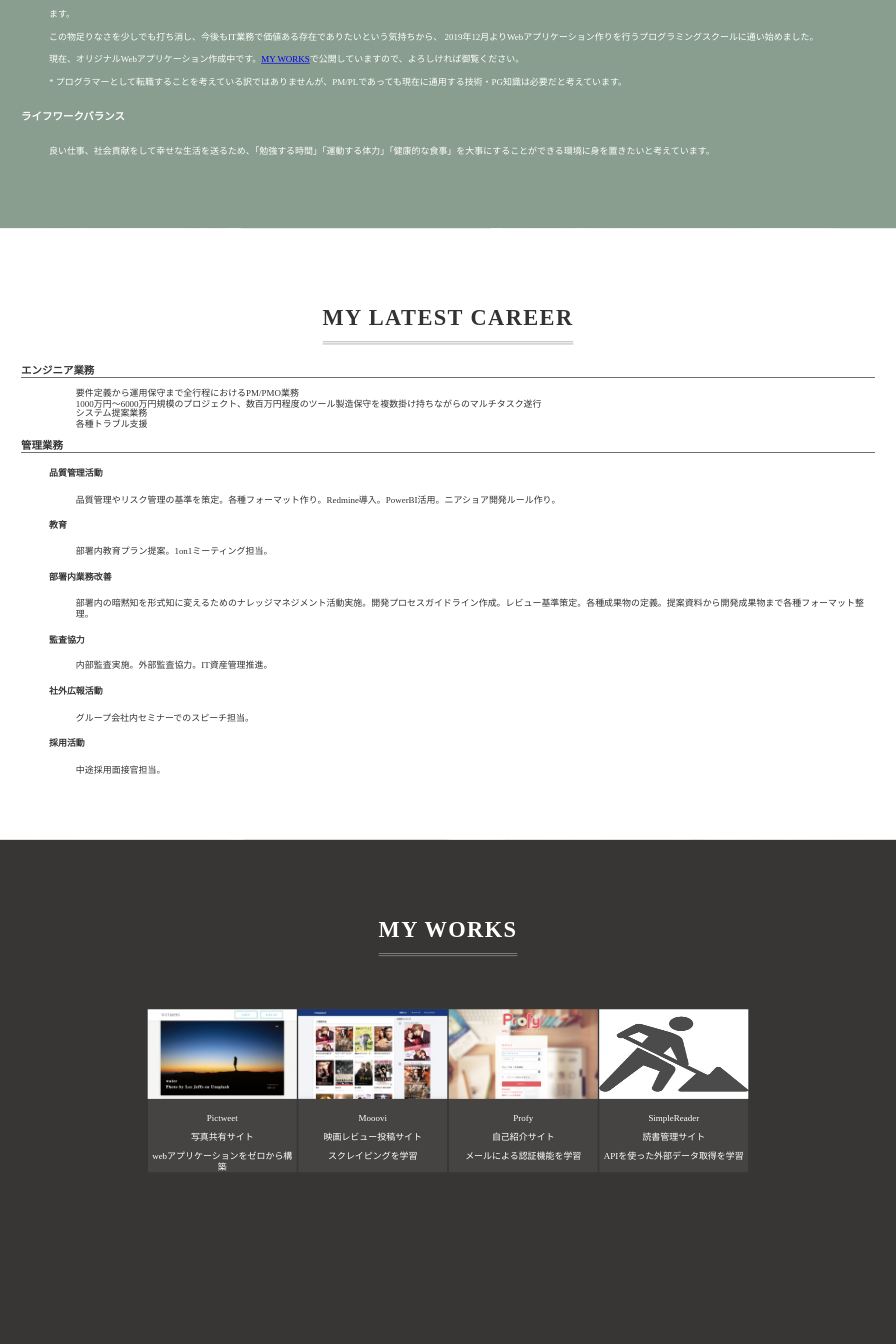
Repository: dackelteckel/myworks
Page: http://localhost/
The author's editor kept a record of every edit. The page is drawn from the files as they stood at one moment, then again after the next edit.
The browser window is 1280 px wide. The pictures show the part of the page from y = 987 to 2907 px (the page is 2907 px tall before and 2842 px after), at 70% of full size.
Backgrounds fixed to the window are drawn as part of the page. The page is run by PHP 8.4 with error messages shown; the project is at /var/www/html/. Other server files are loaded and not shown.

Above is the page before.

### index.html
<!DOCTYPE html>
<html>

<head>
  <meta charset="UTF-8">
  <title>Who I Am...</title>
  <link rel="stylesheet" href="normalize.css">
  <link rel="stylesheet" href="style.css">
  <link rel="stylesheet" href="responsive.css">

  <!--<script type="text/javascript" charset="UTF-8">-->
  <!--  $('#contact-form').submit(function(event){-->
      <!--//submit実行を止める-->
  <!--    event.preventDefault();-->
  <!--    var $form = $(this);-->
  <!--    var $button = $form.find('.send-btn');-->
  <!--    $.ajax({-->
  <!--      url:$form.attr('action'),-->
  <!--      type:$form.attr('method'),-->
  <!--      data: $form.serialize(),-->
        <!--//10秒でタイムアウト-->
  <!--      timeout:10000,-->
        <!--//重複送信を避けるためにボタンを無効化-->
  <!--      beforeSend: function(xhr, settings) {-->
  <!--          $button.attr('disabled', true);-->
  <!--      },-->
        <!--//完了後ボタンを押せるように-->
  <!--      complete: function(xhr, textStatus) {-->
  <!--          $button.attr('disabled', false);-->
  <!--      }-->
  <!--    }).done(function(data, textStatus, jqXHR){-->
        <!--// 成功時の処理-->
        <!--//フォームを初期化-->
  <!--      $form[0].reset();-->
  <!--      $(".contact-result").text(data);-->
  <!--      $(".contact-result").slideToggle(200);-->
  <!--      $(".contact-result").delay(3000).slideToggle(200);-->
  <!--    }).fail(function(jqXHR, textStatus, errorThrown){-->
        <!--失敗時の処理-->
  <!--      $(".contact-result").text("エラーが発生しました。ステータス：" + jqXHR.status);-->
  <!--      $(".contact-result").slideToggle(200);-->
  <!--      $(".contact-result").delay(3000).slideToggle(200);-->
  <!--    });-->
  <!--  });-->
  <!--</script>-->
</head>

<body>
  <header class="header">
    <p class="site-title-sub">----- my portfolio -----</p>
    <h1 class="site-title">Who I Am...</h1>
    <p class="site-description">check out some of my works.</p>
    <div class="buttons">
      <a class="button" href="#about">Learn MORE</a>
      <a class="button" href="#about">Learn MORE</a>
      <a class="button" href="#about">Learn MORE</a>
      <!--<a class="button button-orange" href="#contact">SEND MESSAGE</a>-->
      <a class="button button-orange" href="mailto:nrkktok@gmail.com">Drop Me a LINE</a>
    </div>
  </header>

  <section class="reasons" id="reasons">
    <h2 class="heading">3 REASONS WHY I'M LOOKING FOR A NEW JOB</h2>
    <dev class="reasons-text">
      <h3>職場環境</h3>
      <ul>
        <li>同僚同士お互いを尊重し、協力しあうことができる健やかな組織で働きたいと考えています。</li>
      </ul>
      <h3>エンジニアとしての価値</h3>
      <ul>
        <li>
          長年PM業務に携わってきており、チームメンバーが成果を出すためのサポートをするPM業務にはやりがいを感じています。
        </li>
        <li>
          現職では金融機関で使われる小中規模システム開発を行っていますが、業務知識不要・レガシー技術メインのツール開発が殆どであることから、
          エンジニアとしてのキャリアを上げられない怖さを感じています。
        </li>
        <li>
          この物足りなさを少しでも打ち消し、今後もIT業務で価値ある存在でありたいという気持ちから、
          2019年12月よりWebアプリケーション作りを行うプログラミングスクールに通い始めました。
        </li>
        <li>
          現在、オリジナルWebアプリケーション作成中です。<a href="#works">MY WORKS</a>で公開していますので、よろしければ御覧ください。
        </li>
        <li class="note">
          プログラマーとして転職することを考えている訳ではありませんが、PM/PLであっても現在に通用する技術・PG知識は必要だと考えています。
        </li>
      </ul>
      <h3>ライフワークバランス</h3>
      <ul>
        <li>良い仕事、社会貢献をして幸せな生活を送るため、「勉強する時間」「運動する体力」「健康的な食事」を大事にすることができる環境に身を置きたいと考えています。</li>
      </ul>
    </dev>
  </section>

  <section class="career">
    <h2 class="heading">MY LATEST CAREER</h2>
    <dev class="career-text">
      <h3>エンジニア業務</h3>
      <ul>
        <li>要件定義から運用保守まで全行程におけるPM/PMO業務</li>
        <li>1000万円〜6000万円規模のプロジェクト、数百万円程度のツール製造保守を複数掛け持ちながらのマルチタスク遂行</li>
        <Li>システム提案業務</Li>
        <Li>各種トラブル支援</Li>
      </ul>
      <h3>管理業務</h3>
      <ul>
        <h4>品質管理活動</h4>
        <li>品質管理やリスク管理の基準を策定。各種フォーマット作り。Redmine導入。PowerBI活用。ニアショア開発ルール作り。</li>
        <h4>教育</h4>
        <li>部署内教育プラン提案。1on1ミーティング担当。</li>
        <h4>部署内業務改善</h4>
        <li>部署内の暗黙知を形式知に変えるためのナレッジマネジメント活動実施。開発プロセスガイドライン作成。レビュー基準策定。各種成果物の定義。提案資料から開発成果物まで各種フォーマット整理。</li>
        <h4>監査協力</h4>
        <li>内部監査実施。外部監査協力。IT資産管理推進。</li>
        <h4>社外広報活動</h4>
        <li>グループ会社内セミナーでのスピーチ担当。</li>
        <h4>採用活動</h4>
        <li>中途採用面接官担当。</li>
      </ul>
    </dev>
  </section>

  <section class="works" id="works">
    <h2 class="heading">MY WORKS</h2>
    <div class="works-wrapper">
      <div class="work-box">
        <img class="work-image" src="images/pictweet.jpg">
        <div class="work-description">
          <p>Pictweet<p>
          <p>写真共有サイト</p>
          <p>webアプリケーションをゼロから構築</p>
        </div>
      </div>

      <div class="work-box">
        <img class="work-image" src="images/mooovi.jpg">
        <div class="work-description">
          <p>Mooovi<p>
          <p>映画レビュー投稿サイト</p>
          <p>スクレイピングを学習</p>
        </div>
      </div>

      <div class="work-box">
        <img class="work-image" src="images/profy.jpg">
        <div class="work-description">
          <p>Profy<p>
          <p>自己紹介サイト</p>
          <p>メールによる認証機能を学習</p>
        </div>
      </div>
      <div class="work-box">
        <img class="work-image" src="images/wip.jpg" height="128">
        <div class="work-description">
          <p>SimpleReader<p>
          <p>読書管理サイト</p>
          <p>APIを使った外部データ取得を学習</p>
        </div>
      </div>
    </div>
  </section>

  <!--<section class="contact" id="contact">-->
    <!--<h2 class="heading">DROP ME A LINE</h2>-->
    <!--<form class="contact-form" id="contact-form" action="contact.php" method="post">-->
    <!--  <input type="text" name="name" placeholder="NAME" required>-->
    <!--  <input type="email" name="email" placeholder="E-MAIL ADDRESS" required>-->
    <!--  <textarea name="message" placeholder="MESSAGE"></textarea>-->
    <!--  <textarea type="text" name="message" placeholder="MESSAGE" required></textarea>-->
    <!--  <input type="submit" value="SEND" class="send-btn" id="submit">-->
    <!--  <input type="submit" value="SEND" class="send-btn" id="submit">-->
    <!--</form>-->
  <!--</section>-->
</body>
</html>

### style.css
* {
  box-sizing: border-box;
  list-style: none;
}

body {
  color: #fff;
  text-align: center;
  font-size: 0.8rem;
  background: url('images/bg.jpg') fixed;
  background-size: cover;
}

.header {
  padding: 170px 30px 80px;
  /*height: 100vh;*/
  background-color: rgba(0, 0, 128, 0.8);
}

.site-title-sub {
  margin: 0 0 30px;
  color: #888;
  letter-spacing: 1px;
  font-size: 1.2rem;
}

.site-title {
  margin: 50px;
  font-size: 3.5rem;
}

.site-description {
  margin-bottom: 50px;
  color: #888;
  font-size: 1.2rem;
}

.buttons {
  display: flex;
  justify-content: center;
  margin: 0 auto;
}

.button {
  width: 200px;
  padding: 20px;
  margin: 10px;
  border-radius: 4px;
  background-color: #afa58d;
  color: #fff;
  text-decoration: none;
  letter-spacing: 1px;
  font-size: 0.7rem;
}

.button:hover {
  opacity: 0.9;
}

.button-orange {
  background-color: #f1b400;
}

.heading {
  display: inline-block;
  margin: 30px 0 15px;
  padding-bottom: 15px;
  letter-spacing: 2px;
  font-size: 2rem;
  border-bottom: double 4px #999;
}

.reasons {
  /*height: 100vh;*/
  /*background-color: #383634;*/
  background-color: rgb(137, 158, 142);
  padding: 80px 30px;
  /*color: #333;  */
}

.reasons-text {
  text-align: left;
  width: 600px;
  margin: 30px auto;
  line-height: 2.5;
}

.reason-text h3 {
  padding-top: 20px;
}

.note:before {
  content: "*";
}

.career {
  /*height: 100vh;*/
  background-color: #ffffff;
  padding: 80px 30px;
  color: #333;
}

.career-text {
  text-align: left;
  width: 600px;
  margin: 30px auto;
}

.career-text h3 {
  border-bottom: 1px solid #333;
}

.career-text h4 {
  line-height: 2;
}

.career-text li {
  padding-left: 3em;
  /*line-height: 5;*/
  vertical-align: text-top;
}

.works {
  height: 100vh;
  background-color: #383634;
  padding: 80px 0 10px;
}

.works-wrapper {
  display: table;
  width: 860px;
  margin: 60px auto 0;
  table-layout: fixed;
}

.work-box {
  display: table-cell;
  background-color: rgba(100, 100, 100, 0.3);
  border: 1px solid #333;
}

.work-image {
  display: block;
  width: 100%;
}

.work-description {
  margin: 20px 0;
  height: 65px;
}

.work-description .button {
  width: 60%;
  margin-top: 20px;
  padding: 3px;
  display: inline-block;
}

.button-ghost {
  border: 2px solid #fff;
  background-color: rgba(255, 255, 255, 0.15);
}

.contact {
  height: 100vh;
  background-color: rgba(0, 0, 128, 0.8);
  padding: 80px 0 150px;
}


.contact-form {
  width: 50%;
  margin: 50px auto 0;
}

.contact-form input[type=text], .contact-form input[type=email], .contact-form textarea {
  display: block;
  width: 100%;
  margin-bottom: 10px;
  padding: 15px;
  outline: none;
  border: 1px solid rgba(255, 255, 255, 0.8);
  border-radius: 0;
  color: #333;
}

.contact-form textarea {
  height: 150px;
}

.contact-form input[type=submit] {
  display: block;
  width: 200px;
  margin: 40px auto 0;
  padding: 15px;
  border: 1px solid rgba(255, 255, 255, 0.8);
  border-radius: 5px;
  background-color: transparent;
  color: #fff;
  cursor: pointer;
}

.contact-form input[type=submit]:hover {
  background-color: rgba(255, 255, 255, 0.05);
}

Loaded but not shown: normalize.css (library); responsive.css (no copy from this time; the picture is the same without it)

After the next edit:
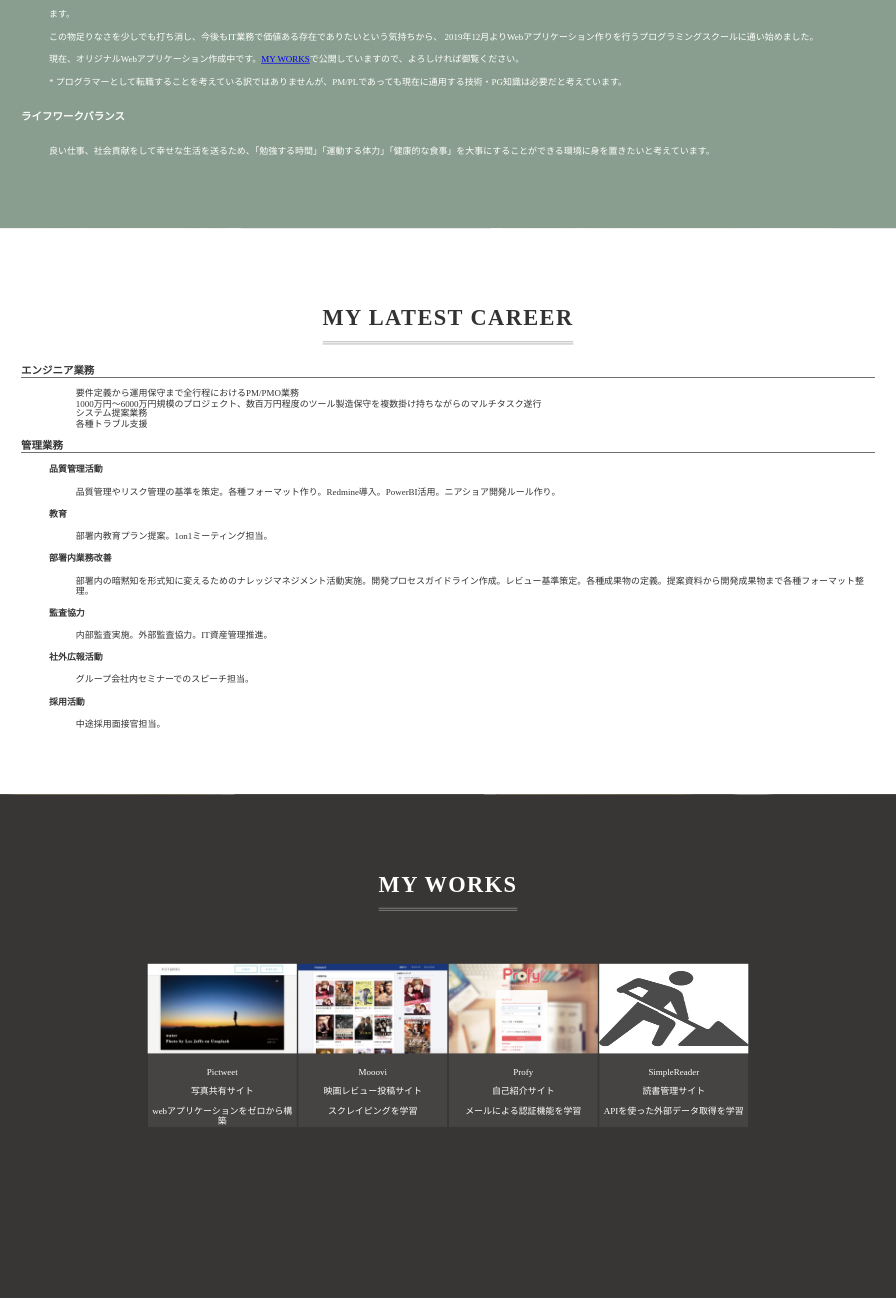
The edit:
--- a/style.css
+++ b/style.css
@@ -111,7 +111,6 @@
 }
 
 .career-text h4 {
-  line-height: 2;
 }
 
 .career-text li {
